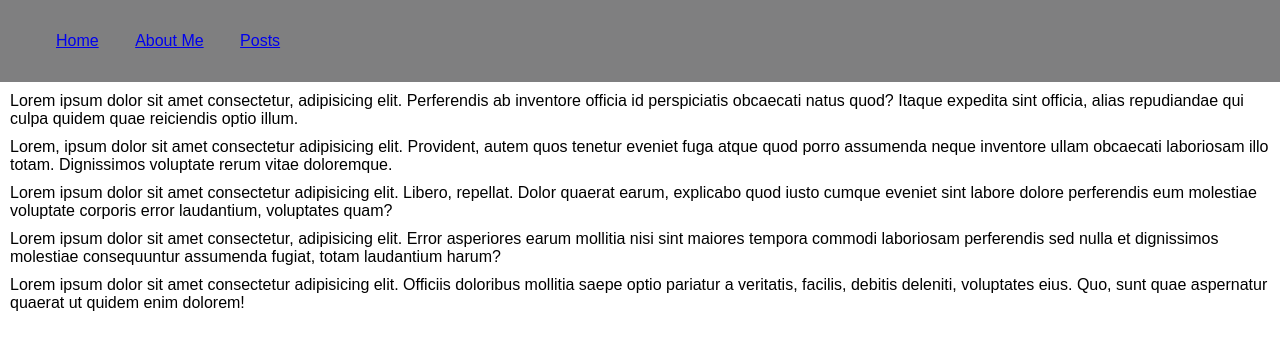
Repository: riley-martin/riley-martin.github.io
Page: about.html
These files come from the project's save history. The page is drawn as it stood at one moment and after the next save; the edit follows.
The browser window is 1280 px wide. The pictures show the whole page.

Above is the page before, as saved 2022-08-06 14:27:25.

### about.html
<!DOCTYPE html>
<html lang="en">

<head>
    <meta charset="UTF-8">
    <meta http-equiv="X-UA-Compatible" content="IE=edge">
    <meta name="viewport" content="width=device-width, initial-scale=1.0">
    <link rel="stylesheet" href="style.css">
    <title>About -- Riley Martin</title>
</head>

<body>
    <header>
        <nav>
            <ul class="nav__list">
                <li class="nav__item"><a href="index.html">Home</a></li>
                <li class="nav__item"><a href="#">About Me</a></li>
                <li class="nav__item"><a href="posts.html">Posts</a></li>
            </ul>
        </nav>
    </header>
    <main>
        <div class="main__content">
            <p>Lorem ipsum dolor sit amet consectetur, adipisicing elit. Perferendis ab inventore officia id perspiciatis
                obcaecati natus quod? Itaque expedita sint officia, alias repudiandae qui culpa quidem quae reiciendis optio
                illum.</p>
            <p>Lorem, ipsum dolor sit amet consectetur adipisicing elit. Provident, autem quos tenetur eveniet fuga atque quod
                porro assumenda neque inventore ullam obcaecati laboriosam illo totam. Dignissimos voluptate rerum vitae
                doloremque.</p>
            <p>Lorem ipsum dolor sit amet consectetur adipisicing elit. Libero, repellat. Dolor quaerat earum, explicabo quod
                iusto cumque eveniet sint labore dolore perferendis eum molestiae voluptate corporis error laudantium,
                voluptates quam?</p>
            <p>Lorem ipsum dolor sit amet consectetur, adipisicing elit. Error asperiores earum mollitia nisi sint maiores
                tempora commodi laboriosam perferendis sed nulla et dignissimos molestiae consequuntur assumenda fugiat, totam
                laudantium harum?</p>
            <p>Lorem ipsum dolor sit amet consectetur adipisicing elit. Officiis doloribus mollitia saepe optio pariatur a
                veritatis, facilis, debitis deleniti, voluptates eius. Quo, sunt quae aspernatur quaerat ut quidem enim dolorem!
            </p>
        </div>
    </main>
    <footer></footer>
</body>

</html>

### style.css
html, body {
    margin: 0;
    font-family: sans-serif;
    display: flex;
    flex-direction: column;
}

body {
    height: 100vh;
}

header {
    display: flex;
    flex-direction: row;
    position: sticky;
    top: 0px;
    background-color: rgba(0, 0, 2, 0.5);
    backdrop-filter: blur(8px);
    -webkit-backdrop-filter: blur(8px);
}

p {
    margin: 10px;
}

.nav__item {
    padding: 1em;
    display: inline-block;
    list-style: none;
}

After the next save:
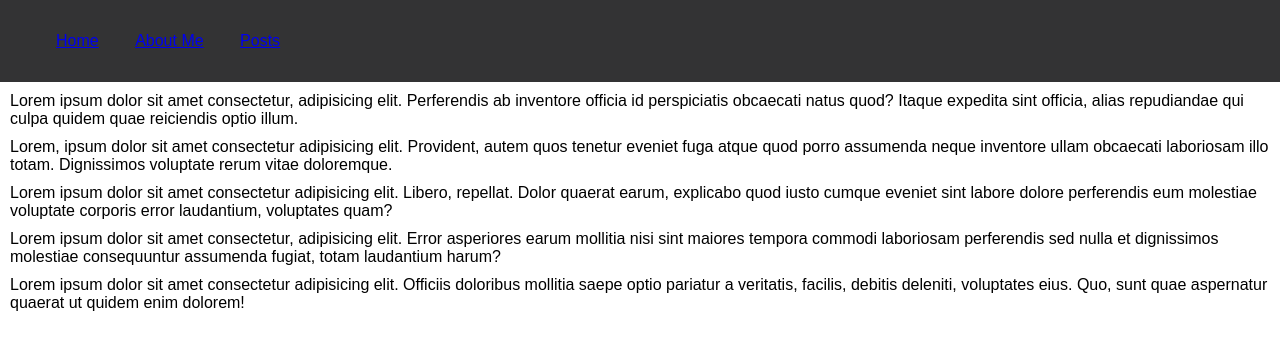
Saved 18 s later.
--- a/style.css
+++ b/style.css
@@ -14,7 +14,7 @@
     flex-direction: row;
     position: sticky;
     top: 0px;
-    background-color: rgba(0, 0, 2, 0.5);
+    background-color: rgba(0, 0, 2, 0.8);
     backdrop-filter: blur(8px);
     -webkit-backdrop-filter: blur(8px);
 }

After the save that followed:
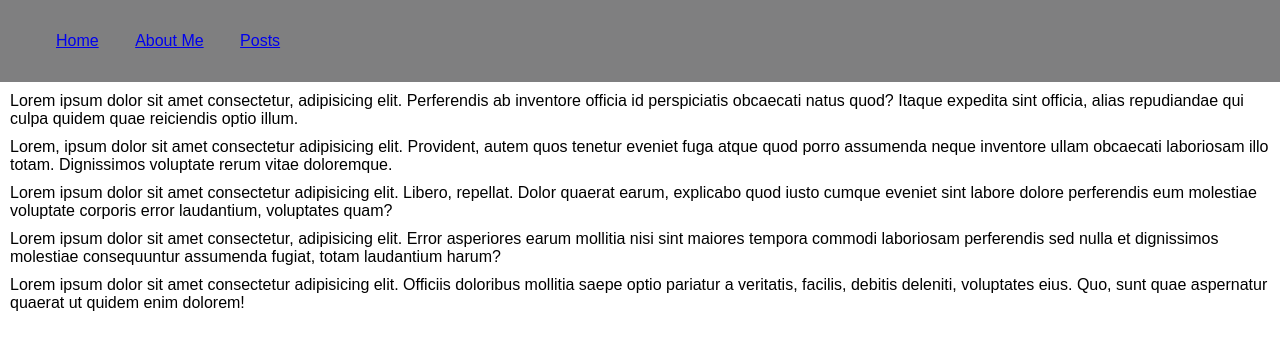
Saved 8 s later.
--- a/style.css
+++ b/style.css
@@ -14,7 +14,7 @@
     flex-direction: row;
     position: sticky;
     top: 0px;
-    background-color: rgba(0, 0, 2, 0.8);
+    background-color: rgba(0, 0, 2, 0.5);
     backdrop-filter: blur(8px);
     -webkit-backdrop-filter: blur(8px);
 }
